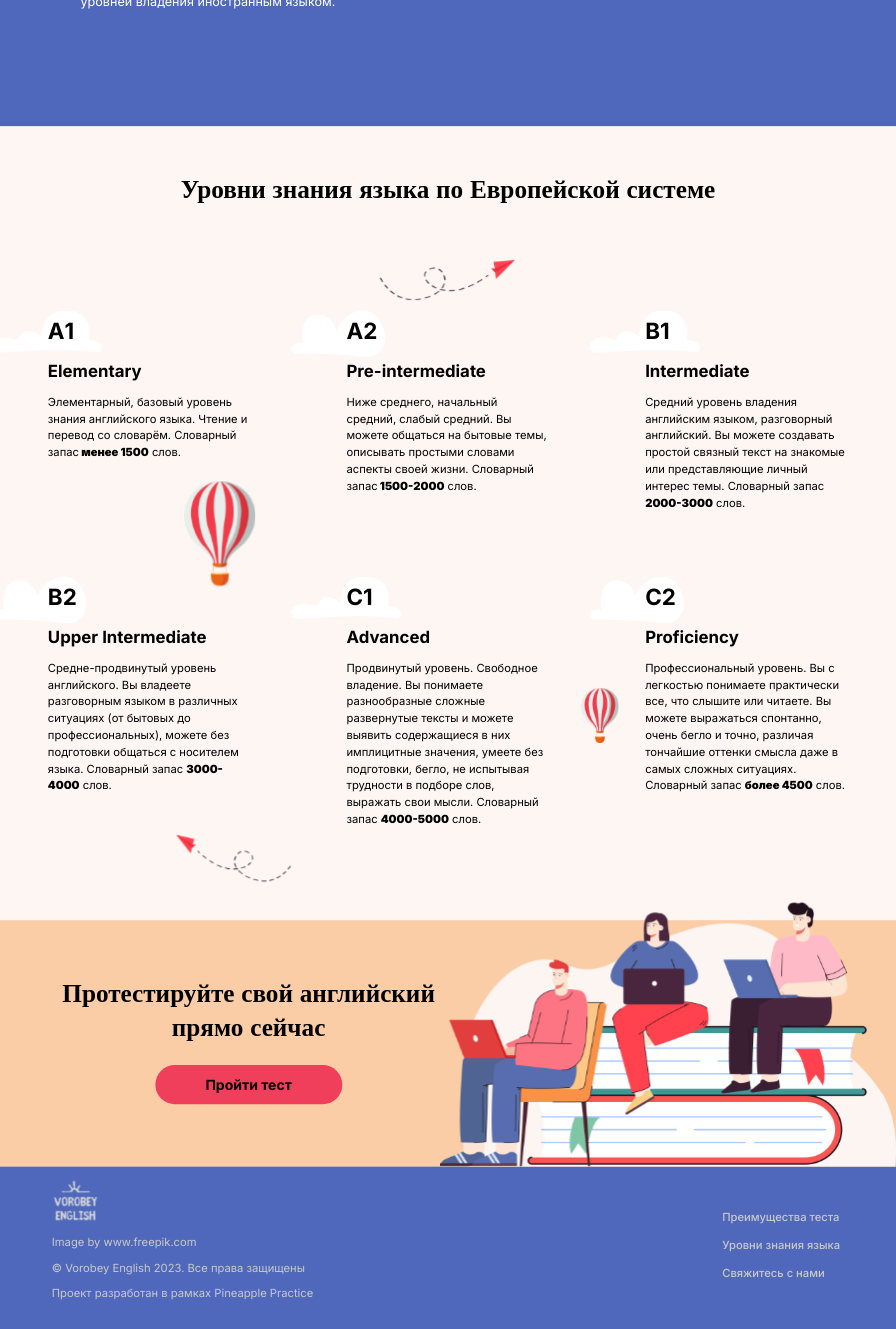
Repository: WladimirVA/Diplom
Page: templates/Index.html
An editor plug-in stored every save of this project. The page is shown before and after the next save, followed by the edit.
The browser window is 1280 px wide. The pictures show the part of the page from y = 1971 to 3891 px (the page is 3870 px tall before and 3891 px after), at 70% of full size.

Above is the page before, as saved 2023-06-08 16:52:46.
Console error: TypeError: Cannot set properties of null (setting 'onclick')

### templates/Index.html
<!DOCTYPE html>
<html lang="ru">
<head>
    <meta charset="UTF-8">
    <meta http-equiv="X-UA-Compatible" content="IE=edge">
    <meta name="viewport" content="width=device-width, initial-scale=1.0">
    <link href="../static/css/style.css" rel="stylesheet" type="text/css">
    <link href="../static/css/fonts.css" rel="stylesheet" type="text/css">
    <link href="../static/css/slider.css">
    <link rel="icon" sizes="16x16" href="../static/img/Иконка _Лого_ (1_1).svg" type="image/x-icon">
    <title>Vorobeyenglish</title>
</head>
<body>
<script src="../static/js/listmenu.js"></script>
<script src="../static/js/btn_upl.js"></script>
<header class="header" di="HOME">
    <div class="section">
        <div class="section-header">
            <div class="logo">
                <img src="../static/img/Иконка _Лого_ (1).svg">
            </div>
            <nav>
                <div class="dropdown">
                    <!-- <button onclick="myFunction()" class="dropbtn"> Выпадающий</button> -->
                    <a onclick="myFunction()"><img class="dropbtn" src="../static/img/Vector (6).svg"></a>
                    <div id="myDropdown" class="dropdown-content">
                        <div class="Name-logo">
                            <a href="#"><img class="Name-logo-mob1" src="../static/img/Иконка _Лого_ (1).svg"></a>
                            <img class="Name-logo-img1-info" src="../static/img/Ellipse 6 (2).svg">
                            <a href="#"><img class="Name-logo-img-info Name-logo-mob" src="../static/img/Vector (5).svg"></a>
                        </div>
                        <div class="header-nav-mob">
                            <a class="link" href="№">Главная</a>
                            <a class="link" href="#ADVAN_TEST">Преимущества теста</a>
                            <a class="link" href="#LANGUAGE_LEVELS">Уровни знания языка</a>
                                <form class="dropdown-button-mob" action="./next_test" method="post">
                                    <button class="dropdown-button-mob1">Пройти тест</button>
                                </form>
                            <!-- <a class="link" href="#">О проекте</a> -->
                            <a class="link" href="mailto:Vorobeyenglish@ya.ru">Свяжитесь с нами</a>
                        </div>
                        </div>
                </div>

                <ul class="header-nav">
                    <li><a class="link" href="#ADVAN_TEST">Преимущества теста</a></li>
                    <li><a class="link" href="#LANGUAGE_LEVELS">Уровни знания языка</a></li>
                    <li><a class="link" href="mailto:Vorobeyenglish@ya.ru">Свяжитесь с нами</a></li>
                    <!-- <li><a class="link" href="#">О проекте</a></li> -->
                </ul>
            </nav>
        </div>
    </div>
</header>
<main>
    <section class="HOME">
        <div class="section">
            <div class="content">
                <h1 class="title">
                    проверь<br class="br-mob"> свой уровень <br>английского
                </h1>
                <div class="section-home">

                    <div class="title-home">

                        <p class="home_p">
                            Пройдите наш <span  style="font-weight:900"> бесплатный <br></span> онлайн-тест и узнайте свой уровень <br>владения английским языком
                        </p>
                        <ul class="home_ul">
                            <li class="home_li"><img class="check" src="../static/img/Иконка _Галочка_ 3.svg">Без регистрации</li>
                            <li class="home_li"><img class="check" src="../static/img/Иконка _Галочка_ 3.svg">Без ограничений по времени</li>
                            <li class="home_li"><img class="check" src="../static/img/Иконка _Галочка_ 3.svg">По международным стандартам</li>
                        </ul>
                        <div class="buttonsHome">
                            <form action="../next_test" method="post">
                                <button class="button_home">Пройти тест</button>
                            </form>
                        </div>
                    </div>
                    <div class="image-home">
                        <img src="../static/img/иллюстр 6 (1).svg">
                    </div>
                </div>
            </div>

        </div>
    </section>
    <section class="WHY-TEST">
        <div class="section">
            <div class="">
                <div class="section-home-1">
                    <h1 class="title_2">Почему важно знать<br>свой уровень английского?</h1>
                    <div class="section-home-2">
                        <div class="image-home-2">
                            <img src="../static/img/иллюстр 2 1.svg">
                        </div>
                        <div class="home_p home-text">
                            <p>Если Вы решили улучшить свой английский, перед началом обучения всегда надо определить свой уровень знаний.</p>
                            <p class="p-text">Тест на определение уровня английского языка позволяет понять, с какого уровня следует начинать занятия, помогает преподавателю грамотно составить программу обучения, оценить сильные стороны ученика.</p>
                        </div>
                    </div>
                </div>
            </div>
        </div>
    </section>
    <section class="ADVAN_TEST" id="ADVAN_TEST">
        <div class="section">
            <div class="content">
                <div class="content_img">
                    <img class="rot-sheet" src="../static/img/shestirenki/Vector (3).png">
                    <img class="rot-sheet-1" src="../static/img/shestirenki/Vector (4).png">
                    <img class="rot rot-img1" src="../static/img/shestirenki/Vector (5).svg">
                    <img class="rot1 rot-img2" src="../static/img/shestirenki/Vector (7).svg">
                    <img class="rot rot-img3" src="../static/img/shestirenki/Vector (6).svg">
                </div>
                <div class="text_test">
                    <h1 class="title_3">Преимущества тестирования</h1>
                </div>
                <div class="content-ADVAN_TEST">
                    <div class="quality test-info">
                        <img src="../static/img/Mask group 1.svg">
                        <h3 class="advan-test">Стандарт качества</h3>
                        <p class="advan-test-p">Тест содержит 60 вопросов и разработан в соответствии с международной классификацией CEFR*. </p>
                        <p class="advan-test-p advan-test-p-2-mob">*Общеевропейские компетенции владения иностранным языком (CEFR) – признанный во всём мире стандарт для описания уровней владения иностранным языком. </p>

                    </div>
                    <div class="free test-info">
                        <img src="../static/img/Mask group2 1.svg">
                        <h3 class="advan-test">Полностью бесплатно</h3>
                        <p class="advan-test-p">Проверьте свой уровень английского бесплатно — регистрироваться и вводить email не нужно.</p>
                    </div>
                    <div class="availability test-info">
                        <img src="../static/img/Mask group1 1.svg">
                        <h3 class="advan-test">Доступность</h3>
                        <p class="advan-test-p">Тестирование можно пройти с любого устройства: компьютера, планшета или смартфона. Нужен только интернет.</p>
                    </div>
                </div>
                <div class="content_img_mob">
                    <img class="rot-sheet" src="../static/img/shestirenki/Vector (3).png">
                    <img class="rot-sheet-1" src="../static/img/shestirenki/Vector (4).png">
                    <img class="rot rot-img1" src="../static/img/shestirenki/Vector (5).svg">
                    <img class="rot1 rot-img2" src="../static/img/shestirenki/Vector (7).svg">
                    <img class="rot rot-img3" src="../static/img/shestirenki/Vector (6).svg">
                </div>
                <p class="advan-test-p advan-test-p-2">*Общеевропейские компетенции владения иностранным языком (CEFR) – признанный во всём мире стандарт для описания уровней владения иностранным языком. </p>
            </div>
        </div>
    </section>
    <section class="LANGUAGE_LEVELS" id="LANGUAGE_LEVELS">
        <div class="section">
            <div class="content">
                <div class="text_test">
                    <h1 class="title_3">Уровни знания языка по Европейской системе</h1>
                    <img class='text_test_img' src="../static/img/иллюстр 1 1.svg">
                </div>
                <div class="container container_lev">
                    <div class="box-1 container-box">
                        <img class="cloud" src="../static/img/Vector 5.svg">
                        <h3>А1</h3>
                        <p class="container-box-p">Elementary</p>
                        <p class="container-box-p2">Элементарный, базовый уровень знания английского языка. Чтение и перевод со словарём. Словарный запас<span  style="font-weight:900"> менее 1500</span> слов.</p>
                        <img class="ball" src="../static/img/иллюстр 3 1.svg">
                    </div>
                    <div class="box-1 container-box">
                        <img class="cloud" src="../static/img/Vector 1 1.png">
                        <h3>А2</h3>
                        <p class="container-box-p">Pre-intermediate</p>
                        <p class="container-box-p2">Ниже среднего, начальный средний, слабый средний. Вы можете общаться на бытовые темы, описывать простыми словами аспекты своей жизни. Словарный запас<span  style="font-weight:900"> 1500-2000</span> слов.</p>
                    </div>
                    <div class="box-1 container-box">
                        <img class="cloud" src="../static/img/Vector 5.svg">
                        <h3>B1</h3>
                        <p class="container-box-p">Intermediate</p>
                        <p class="container-box-p2">Средний уровень владения английским языком, разговорный английский. Вы можете создавать простой связный текст на знакомые или представляющие личный интерес темы. Словарный запас<span  style="font-weight:900"> 2000-3000</span> слов.</p>
                    </div>
                    <div class="box-1 container-box">
                        <img class="cloud" src="../static/img/Vector 1 1.png">
                        <h3>B2</h3>
                        <p class="container-box-p">Upper Intermediate</p>
                        <p class="container-box-p2">Средне-продвинутый уровень английского. Вы владеете разговорным языком в различных ситуациях (от бытовых до профессиональных), можете без подготовки общаться с носителем языка. Словарный запас <span  style="font-weight:900">3000-4000</span> слов.</p>
                        <img class="ball-2" src="../static/img/иллюстр 5 1.svg">
                    </div>
                    <div class="box-1 container-box">
                        <img class="cloud" src="../static/img/Vector 5.svg">
                        <h3>C1</h3>
                        <p class="container-box-p">Advanced</p>
                        <p class="container-box-p2">Продвинутый уровень. Свободное владение. Вы понимаете разнообразные сложные развернутые тексты и можете выявить содержащиеся в них имплицитные значения, умеете без подготовки, бегло, не испытывая трудности в подборе слов, выражать свои мысли. Словарный запас <span  style="font-weight:900">4000-5000</span> слов.</p>
                        <img class="ball-3" src="../static/img/иллюстр 4 1.svg">
                    </div>
                    <div class="box-1 container-box">
                        <img class="cloud" src="../static/img/Vector 1 1.png">
                        <h3>C2</h3>
                        <p class="container-box-p">Proficiency</p>
                        <p class="container-box-p2">Профессиональный уровень. Вы с легкостью понимаете практически все, что слышите или читаете. Вы можете выражаться спонтанно, очень бегло и точно, различая тончайшие оттенки смысла даже в самых сложных ситуациях. Словарный запас <span  style="font-weight:900">более 4500</span> слов.</p>
                    </div>
                </div>
                <div class="container_mob">
                    <div class="itc-slider__wrapper">
                        <div class="viewport">
                            <div class="slider">
                                <div class="item"><!-- Начало 1 слайда -->
                                    <div class="box-1 container-box">
                                        <img class="cloud" src="../static/img/Vector 5.svg">
                                        <h3>А1</h3>
                                        <p class="container-box-p">Elementary</p>
                                        <p class="container-box-p2">Элементарный, базовый уровень знания английского языка. Чтение и перевод со словарём. Словарный запас<span  style="font-weight:900"> менее 1500</span> слов.</p>
                                        <img class="ball" src="../static/img/иллюстр 3 1.svg">
                                    </div>
                                </div> <!-- Конец 1 слайда -->
                                <div class="item"><!-- Начало 2 слайда -->
                                    <div class="box-1 container-box">
                                        <img class="cloud" src="../static/img/Vector 1 1.png">
                                        <h3>А2</h3>
                                        <p class="container-box-p">Pre-intermediate</p>
                                        <p class="container-box-p2">Ниже среднего, начальный средний, слабый средний. Вы можете общаться на бытовые темы, описывать простыми словами аспекты своей жизни. Словарный запас<span  style="font-weight:900"> 1500-2000</span> слов.</p>
                                    </div>
                                </div><!-- Конец 2 слайда -->
                                <div class="item"><!-- Начало 3 слайда -->
                                    <div class="box-1 container-box">
                                        <img class="cloud" src="../static/img/Vector 5.svg">
                                        <h3>B1</h3>
                                        <p class="container-box-p">Intermediate</p>
                                        <p class="container-box-p2">Средний уровень владения английским языком, разговорный английский. Вы можете создавать простой связный текст на знакомые или представляющие личный интерес темы. Словарный запас<span  style="font-weight:900"> 2000-3000</span> слов.</p>
                                    </div>
                                </div><!-- Конец 3 слайда -->
                                <div class="item"><!-- Начало 4 слайда -->
                                    <div class="box-1 container-box">
                                        <img class="cloud" src="../static/img/Vector 1 1.png">
                                        <img class="ball-2" src="../static/img/иллюстр 5 1.svg">
                                        <h3>B2</h3>
                                        <p class="container-box-p">Upper Intermediate</p>
                                        <p class="container-box-p2">Средне-продвинутый уровень английского. Вы владеете разговорным языком в различных ситуациях (от бытовых до профессиональных), можете без подготовки общаться с носителем языка. Словарный запас <span  style="font-weight:900">3000-4000</span> слов.</p>
                                    </div>
                                </div><!-- Конец 4 слайда -->
                                <div class="item"><!-- Начало 5 слайда -->
                                    <div class="box-1 container-box">
                                        <img class="ball-3" src="../static/img/иллюстр 4 1.svg">
                                        <img class="cloud" src="../static/img/Vector 5.svg">
                                        <h3>C1</h3>
                                        <p class="container-box-p">Advanced</p>
                                        <p class="container-box-p2">Продвинутый уровень. Свободное владение. Вы понимаете разнообразные сложные развернутые тексты и можете выявить содержащиеся в них имплицитные значения, умеете без подготовки, бегло, не испытывая трудности в подборе слов, выражать свои мысли. Словарный запас <span  style="font-weight:900">4000-5000</span> слов.</p>
                                    </div>
                                </div><!-- Конец 5 слайда -->
                                <div class="item"><!-- Начало 6 слайда -->
                                    <div class="box-1 container-box">
                                        <img class="cloud" src="../static/img/Vector 1 1.png">
                                        <h3>C2</h3>
                                        <p class="container-box-p">Proficiency</p>
                                        <p class="container-box-p2">Профессиональный уровень. Вы с легкостью понимаете практически все, что слышите или читаете. Вы можете выражаться спонтанно, очень бегло и точно, различая тончайшие оттенки смысла даже в самых сложных ситуациях. Словарный запас <span  style="font-weight:900">более 4500</span> слов.</p>
                                    </div>
                                </div><!-- Конец 6 слайда -->
                            </div>
                        <div class="button111">
                            <div><a class="prev" onclick="minusSlide()"><img src="../static/img/Polygon 1.png"></a></div>
                            <div><a class="next" onclick="plusSlide()"><img src="../static/img/Polygon 2.png"></a></div>
                            <script src="../static/js/slider.js"></script>
                        </div>
                    <div>
                </div>
            </div>
        </div>
    </section>
    <section class="TEST">
        <div class="section">
            <div class="content">
                <div class="test-now">
                    <div class="test-now-text">
                        <h1 class="title_3">Протестируйте свой английский<br> прямо сейчас</h1>

                        <form action="../next_test" method="post">
                            <button class="button test_button">Пройти тест</button>
                        </form>

                    </div>
                    <div class="test-now-img">
                        <img src="../static/img/Group 78 1 (1).svg">
                    </div>
                </div>
            </div>
        </div>
    </section>
    <div class="">
        <svg xmlns="http://www.w3.org/2000/svg" style="display: none;">
            <symbol id="arrow-up-short" viewBox="0 0 16 16">
              <path fill-rule="evenodd" d="M8 12a.5.5 0 0 0 .5-.5V5.707l2.146 2.147a.5.5 0 0 0 .708-.708l-3-3a.5.5 0 0 0-.708 0l-3 3a.5.5 0 1 0 .708.708L7.5 5.707V11.5a.5.5 0 0 0 .5.5z" />
            </symbol>
          </svg>
          <div class="btn-up btn-up_hide">
            <svg class="btn-up-icon" role="img" aria-label="Прокрутить страницу к началу">
              <use xlink:href="#arrow-up-short"></use>
            </svg>
          </div>
    </div>
</main>
<footer class="FOOTER" id="FOOTER">
    <div class="section">
        <div class="section-footer">
            <div class="footer-logo">
                <img src="../static/img/Vector (3).svg">
                <p class="footer-logo-p">Image by www.freepik.com</p>
                <p class="footer-logo-p2">© Vorobey English 2023. Все права защищены</p>
                <p class="footer-logo-p2" >Проект разработан в рамках Pineapple Practice</p>
            </div>
            <div class="footer-navi">
                <nav>
                    <ul class="footer-nav">
                        <li><a class="footer-link" href="#ADVAN_TEST">Преимущества теста</a></li>
                        <li><a class="footer-link" href="#LANGUAGE_LEVELS">Уровни знания языка</a></li>
                        <li><a class="footer-link" href="mailto:Vorobeyenglish@ya.ru">Свяжитесь с нами</a></li>
                        <!-- <li><a class="footer-link" href="#">О проекте</a></li> -->
                        <li><p class="mob-1 footer-link">© Vorobey English 2023<br> Все права защищены</p></li>
                        <li><p class="mob-1 footer-link" >Image by www.freepik.com</p></li>
                        <li><p class="mob-1 footer-link" >Проект разработан в рамках Pineapple Practice</p></li>
                    </ul>
                </nav>
            </div>

        </div>
     </div>
</footer>

</body>
</html>

### static/css/fonts.css
/* @import url('https://fonts.googleapis.com/css2?family=Work+Sans:ital,wght@0,600;0,800;1,800&display=swap'); */


/* @import url('https://fonts.googleapis.com/css2?family=Inter:wght@400;500;600;700;800&family=Work+Sans:ital,wght@0,600;0,800;1,800&display=swap'); */


@import url('https://fonts.googleapis.com/css2?family=Inter:wght@100;200;300;400;500;600;700;800;900&display=swap');

@import url('https://fonts.googleapis.com/css2?family=Inter:wght@100;200;300;400;500;600;700;800;900&family=Work+Sans:ital,wght@0,100;0,200;0,300;0,400;0,500;0,600;0,700;0,800;0,900;1,100;1,200;1,300;1,400;1,500;1,600;1,700;1,800;1,900&display=swap');

Loaded but not shown: static/js/btn_upl.js (53 lines, source omitted); static/js/btn_up.js (33 lines, source omitted); static/js/slider.js (34 lines, source omitted); static/js/listmenu.js (18 lines, source omitted); static/css/style.css (992 lines, source omitted)

After the next save:
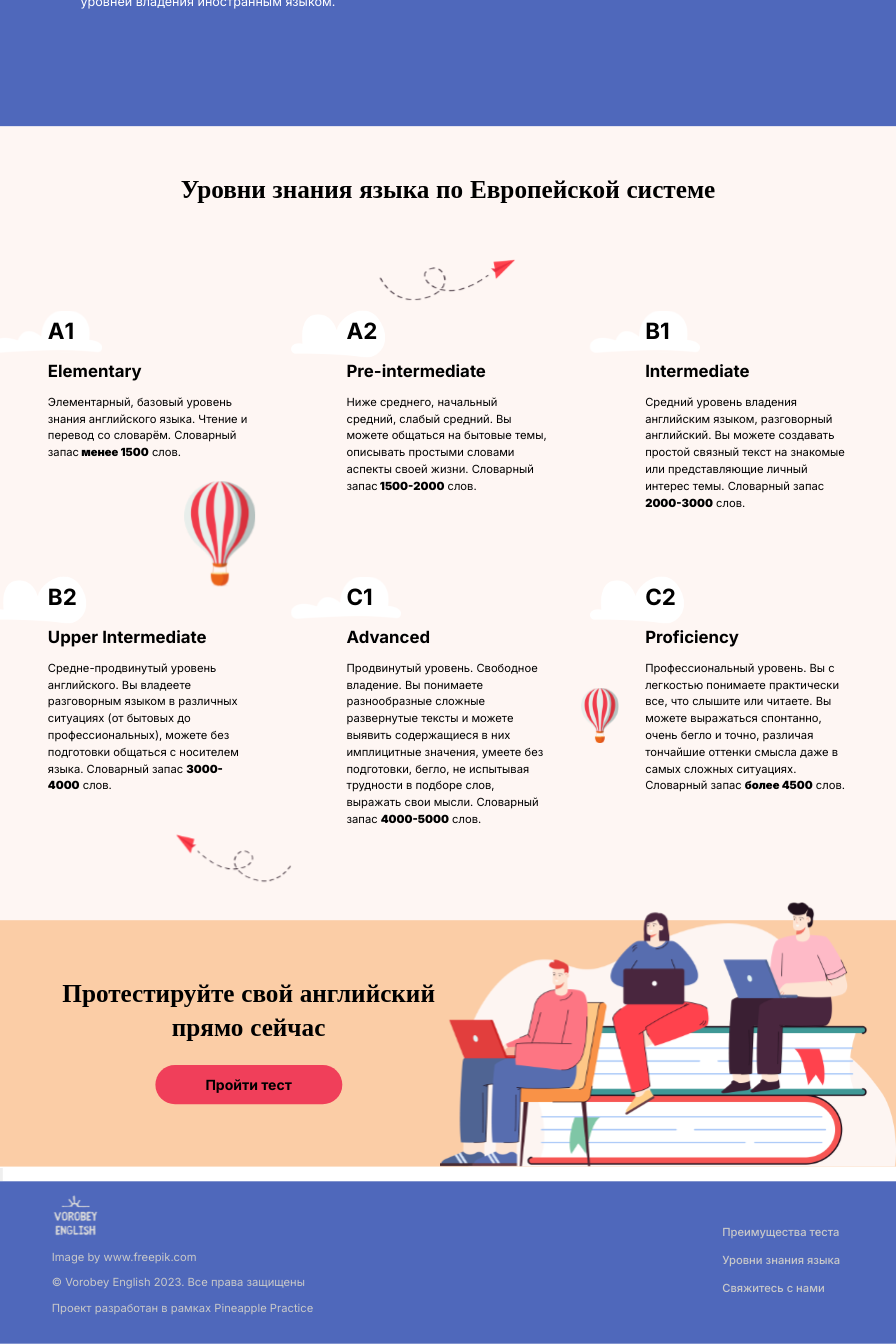
Saved 18 s later.
--- a/templates/Index.html
+++ b/templates/Index.html
@@ -13,6 +13,7 @@
 <body>
 <script src="../static/js/listmenu.js"></script>
 <script src="../static/js/btn_upl.js"></script>
+<script src="../static/js/btn_up.js"></script>
 <header class="header" di="HOME">
     <div class="section">
         <div class="section-header">
@@ -279,7 +280,7 @@
             </div>
         </div>
     </section>
-    <div class="">
+    <!-- <div class="">
         <svg xmlns="http://www.w3.org/2000/svg" style="display: none;">
             <symbol id="arrow-up-short" viewBox="0 0 16 16">
               <path fill-rule="evenodd" d="M8 12a.5.5 0 0 0 .5-.5V5.707l2.146 2.147a.5.5 0 0 0 .708-.708l-3-3a.5.5 0 0 0-.708 0l-3 3a.5.5 0 1 0 .708.708L7.5 5.707V11.5a.5.5 0 0 0 .5.5z" />
@@ -290,7 +291,14 @@
               <use xlink:href="#arrow-up-short"></use>
             </svg>
           </div>
-    </div>
+    </div> -->
+    <div class="progress-bar" />
+<button class="back-to-top hidden">
+  <svg xmlns="http://www.w3.org/2000/svg" class="back-to-top-icon" fill="none" viewBox="0 0 24 24" stroke="currentColor">
+    <path stroke-linecap="round" stroke-linejoin="round" stroke-width="2" d="M7 11l5-5m0 0l5 5m-5-5v12" />
+  </svg>
+</button>
+<div class="progress-bar" />
 </main>
 <footer class="FOOTER" id="FOOTER">
     <div class="section">
